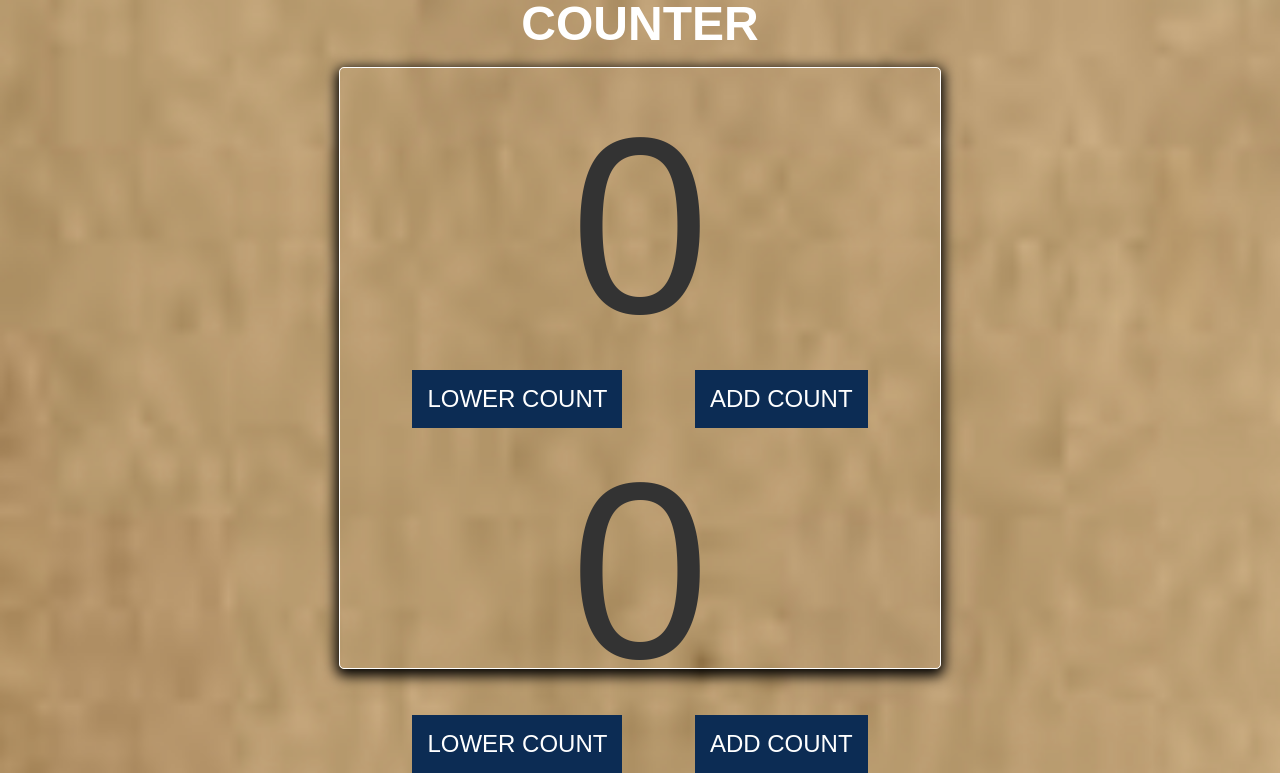
Repository: Hasmik-icml/counter
Page: index.html
These files come from the project's save history. The page is drawn as it stood at one moment and after the next save; the edit follows.
The browser window is 1280 px wide. The pictures show the whole page.

Above is the page before, as saved 2022-02-14 17:29:56.

### index.html
<!DOCTYPE html>
<html lang="en">
<head>
    <meta charset="UTF-8">
    <meta http-equiv="X-UA-Compatible" content="IE=edge">
    <meta name="viewport" content="width=device-width, initial-scale=1.0">
    <link rel="stylesheet" href="/style.css">
    <title>Document</title>
</head>
<body>
    <div class="container">
        <h1 class="counterHeader">COUNTER</h1>
        <div class="resultIncris result">0</div>
        <div class="buttons">
            <button class="buttonLower button">LOWER COUNT</button>
            <button class="buttonAdd button">ADD COUNT</button>
        </div>
        <!--  -->
        <div class="resultSum result">0</div>
        <div class="buttons">
            <button class="buttonLower button">LOWER COUNT</button>
            <button class="buttonAdd button">ADD COUNT</button>
        </div>

    </div>
    <script src="/index.js"></script>
</body>
</html>

### style.css
body{
    display:flex;
    flex-direction:column;
    justify-content:center;
    min-height:100vh;
    background-image: url("/Screenshot_14.png");
    background-repeat: no-repeat;
    background-size: cover;
}
.container {
    width: 600px;
    height: 600px;
    border: 1px solid white;
    border-radius: 5px;
    margin: auto;
    text-align: center;
    box-shadow: 0px 4px 13px 3px;
    display: flex;
    flex-direction: column;
    justify-content: center;
}
.counterHeader{
    color: white;
    font-family: sans-serif;
    font-size: xxx-large;
}
.result{
    color: #333333;
    font-family: sans-serif;
    font-size: 250px;
}
.button{
    background-color: #0c2c54;
    border-style: none;
    color: white;
    padding: 15px;
    font-family: sans-serif;
    font-size: x-large;
}
.buttons{
    display: flex;
    justify-content: space-evenly;
}

### index.js
const result = document.querySelector(".result");
const buttonLower = document.querySelector(".buttonLower");
const buttonAdd = document.querySelector(".buttonAdd");

buttonLower.addEventListener("click", function(){
    result.innerHTML--;
})
buttonAdd.addEventListener("click", function(){
    result.innerHTML++;
})

// function incrisOrDecris(){

// }
// document.querySelectorAll(".button").forEach(item => {
//     item.addEventListener("click", function(e){
//         console.log(e.target);
//         // this.innerHTML++;
//     })
// })

After the next save:
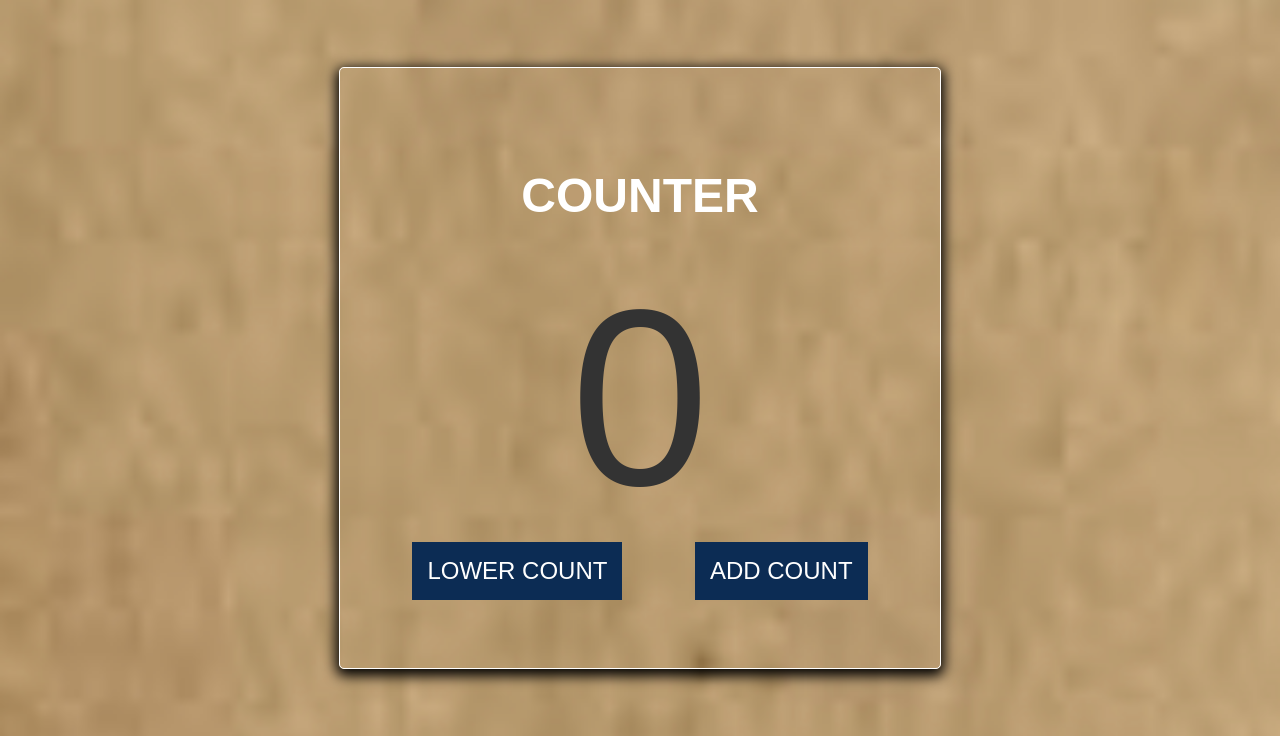
Saved 28 s later.
--- a/index.html
+++ b/index.html
@@ -10,17 +10,13 @@
 <body>
     <div class="container">
         <h1 class="counterHeader">COUNTER</h1>
-        <div class="resultIncris result">0</div>
+        <div class="result">0</div>
         <div class="buttons">
             <button class="buttonLower button">LOWER COUNT</button>
             <button class="buttonAdd button">ADD COUNT</button>
         </div>
         <!--  -->
-        <div class="resultSum result">0</div>
-        <div class="buttons">
-            <button class="buttonLower button">LOWER COUNT</button>
-            <button class="buttonAdd button">ADD COUNT</button>
-        </div>
+
 
     </div>
     <script src="/index.js"></script>
